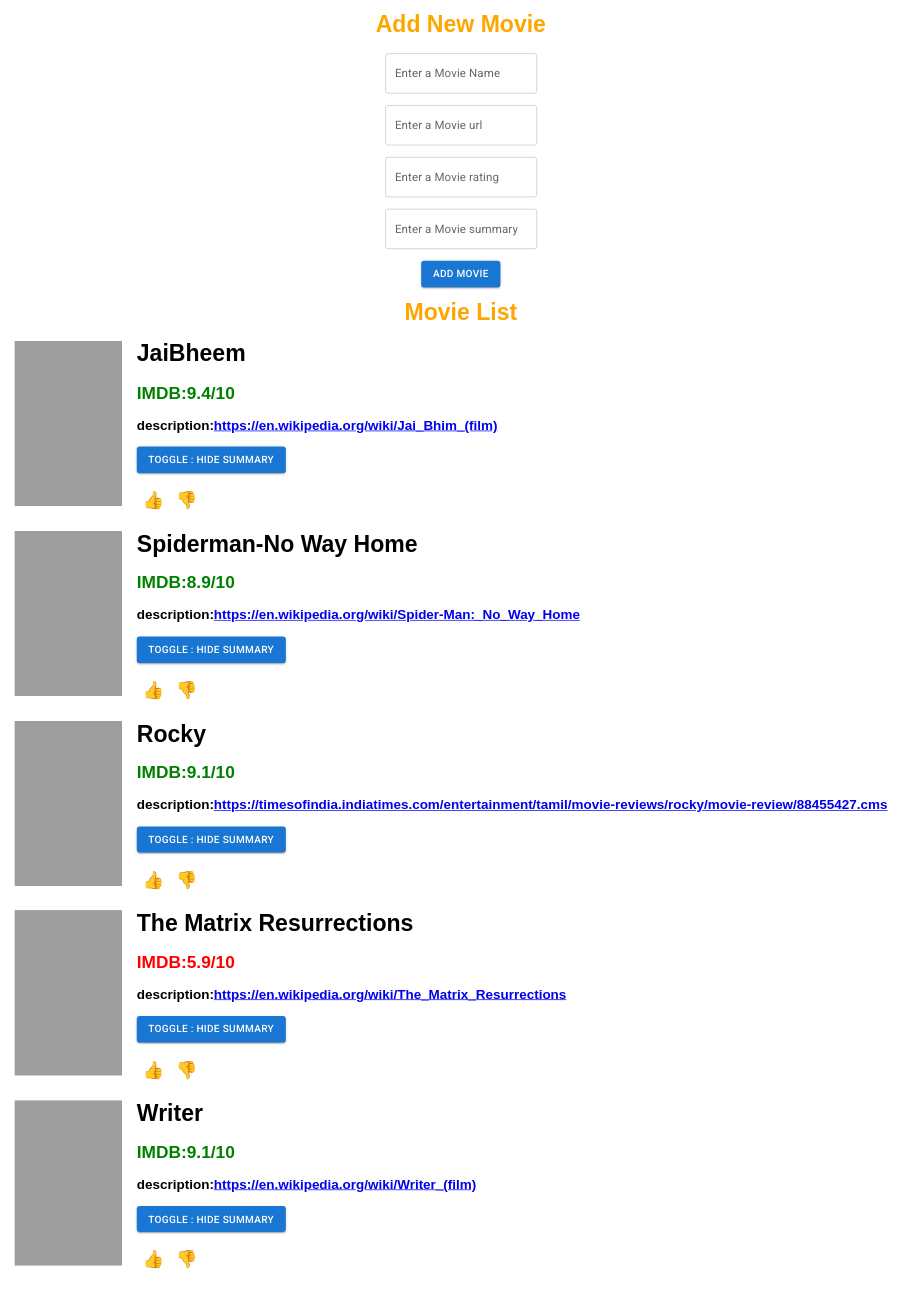
Repository: baladhinesh18/first-app
Page: /Counter
An editor plug-in stored every save of this project. The page is shown before and after the next save, followed by the edit.
The browser window is 1280 px wide. The pictures show the whole page, at 72% of full size.
Pictures or frames that could not be fetched are drawn as grey boxes. The project was rebuilt for these pictures with package versions that can differ from the ones it lists, and the page was loaded fresh each time.

Above is the page before, as saved 2022-01-28 18:10:23.

After the next save:
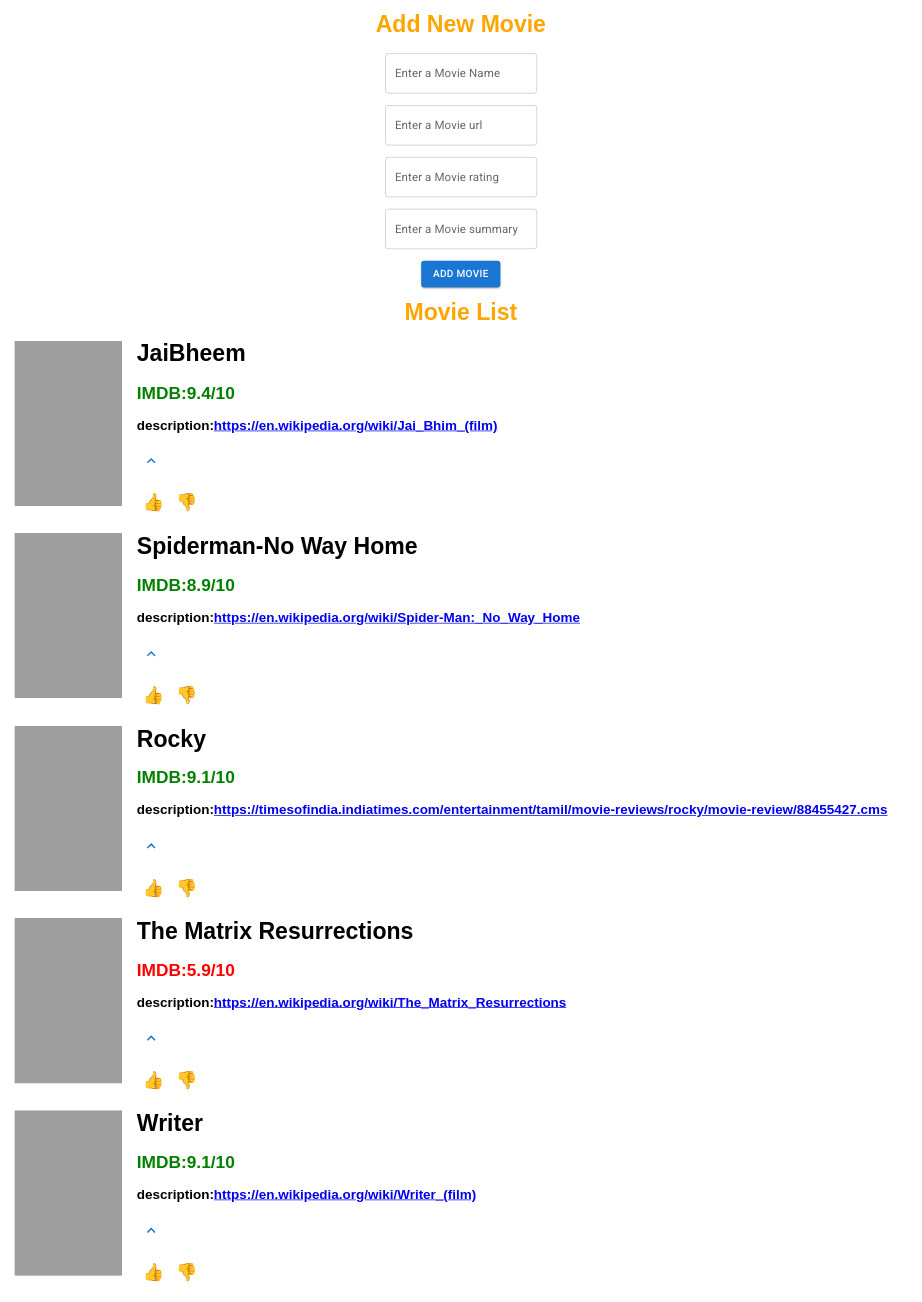
Saved 47 min 9 s later.
--- a/src/App.js
+++ b/src/App.js
@@ -5,6 +5,7 @@
 import TextField from '@mui/material/TextField';
 import IconButton from '@mui/material/IconButton';
 import Badge from '@mui/material/Badge';
+import ExpandLessIcon from '@mui/icons-material/ExpandLess';
 // const[add,setAdd] =useState([]);
 function App() {
   let users = [
@@ -104,7 +105,7 @@
       { isHide?<h3>description:<a href={des}>{des}</a></h3>:null}
       {/* <h3>description:<a href={des}>{des}</a></h3> */}
       <div>
-    <Button onClick={()=>setIsHide(!isHide)} variant="contained">Toggle : Hide summary</Button>
+    <IconButton onClick={()=>setIsHide(!isHide)} color="primary"> <ExpandLessIcon/></IconButton>
     </div>
     <Counter/>
       </div>
